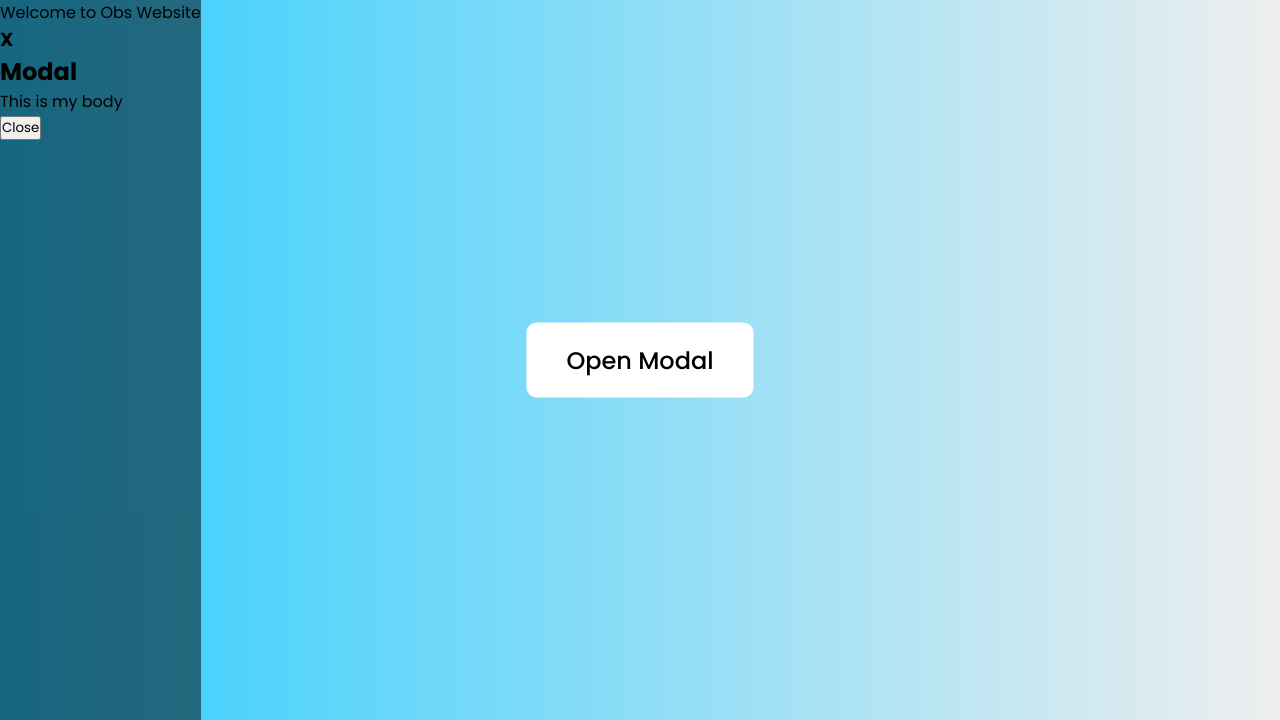
Repository: lausamtuong/Modal_card
Page: index.html
These files come from the project's save history. The page is drawn as it stood at one moment and after the next save; the edit follows.
The browser window is 1280 px wide. The pictures show the whole page.
The style sheet was rebuilt from its Sass, Less or Tailwind sources for each picture, by a compiler version that may differ from the author's.

Above is the page before, as saved 2021-12-15 06:47:03.

### index.html
<!DOCTYPE html>
<html lang="en">
<head>
    <meta charset="UTF-8">
    <meta http-equiv="X-UA-Compatible" content="IE=edge">
    <meta name="viewport" content="width=device-width, initial-scale=1.0">
    <link rel="stylesheet" href="style.css">
    <link href="https://fonts.googleapis.com/css2?family=Poppins:wght@400;500;700&display=swap" rel="stylesheet">
    <title>Document</title>
</head>
<body>
    <button class="open__btn">Open Modal</button>
    <div class="modal">
        <div class="modal__inner">
            <div class="modal__header">
                <p>Welcome to Obs Website</p>
                <h3>X</h3>
            </div>
            <div class="modal__body">
                <h2>Modal</h2>
                <p>This is my body</p>
            </div>
            <div class="modal__footer">
                <button class="modal__close-btn">Close</button>
            </div>
        </div>
    </div>
</body>
</html>

### style.scss
*{
    margin: 0;
    padding: 0;
    box-sizing: border-box;
    font-family: 'Poppins', sans-serif;
}
body{
    height: 100vh;
    background:  linear-gradient( to right,#2cccff ,#eee );;
}
.open__btn{
     position: relative;;
   top:50%;
   left:50%;
   transform: translate(-50%,-50%);
   outline: none;
   border: none;
   padding : 20px 40px;
   font-weight: 500;
   font-size: 1.5rem;
   border-radius: 10px;
   background-color:#fff;
   &:hover{
      opacity: 0.7;
       cursor: pointer;
       transition: 0.5s;
   }
}
.modal{
    background-color: rgba(0,0,0,0.5);
    position:fixed;
    top:0;
    bottom:0;

}

After the next save:
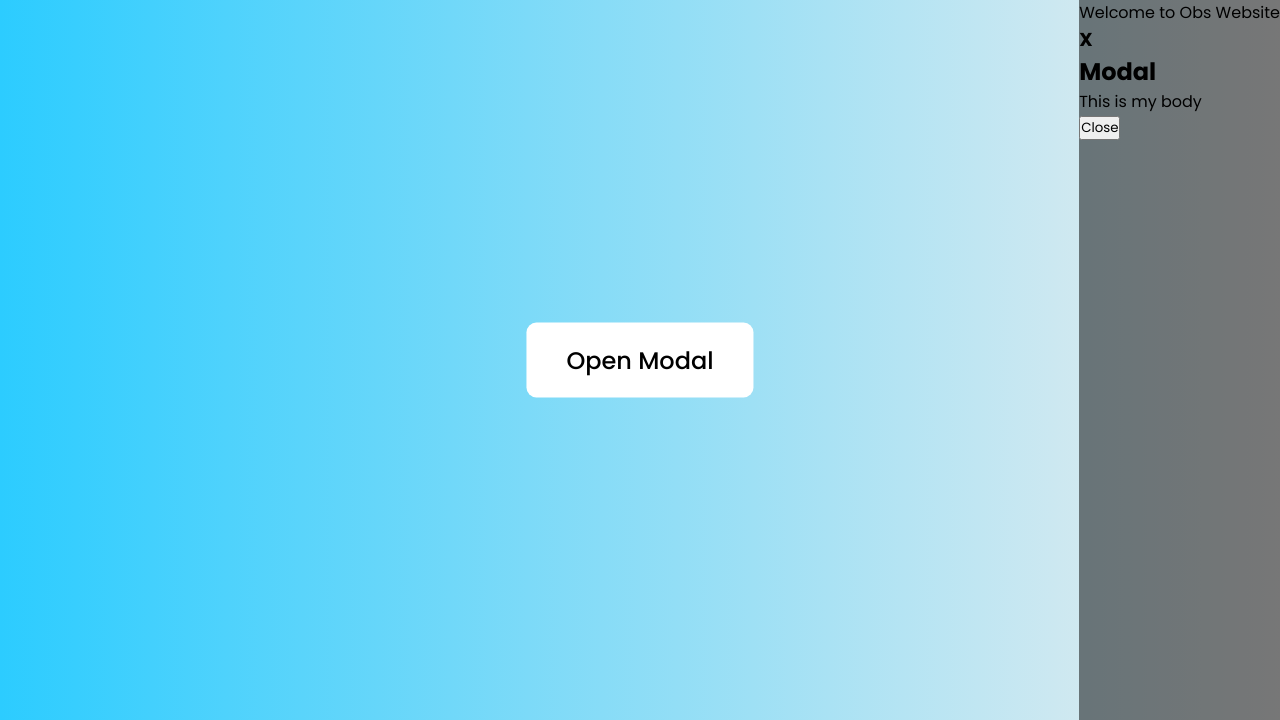
Saved 6 s later.
--- a/style.scss
+++ b/style.scss
@@ -31,5 +31,5 @@ body{
     position:fixed;
     top:0;
     bottom:0;
-
+    right:0;
 }
